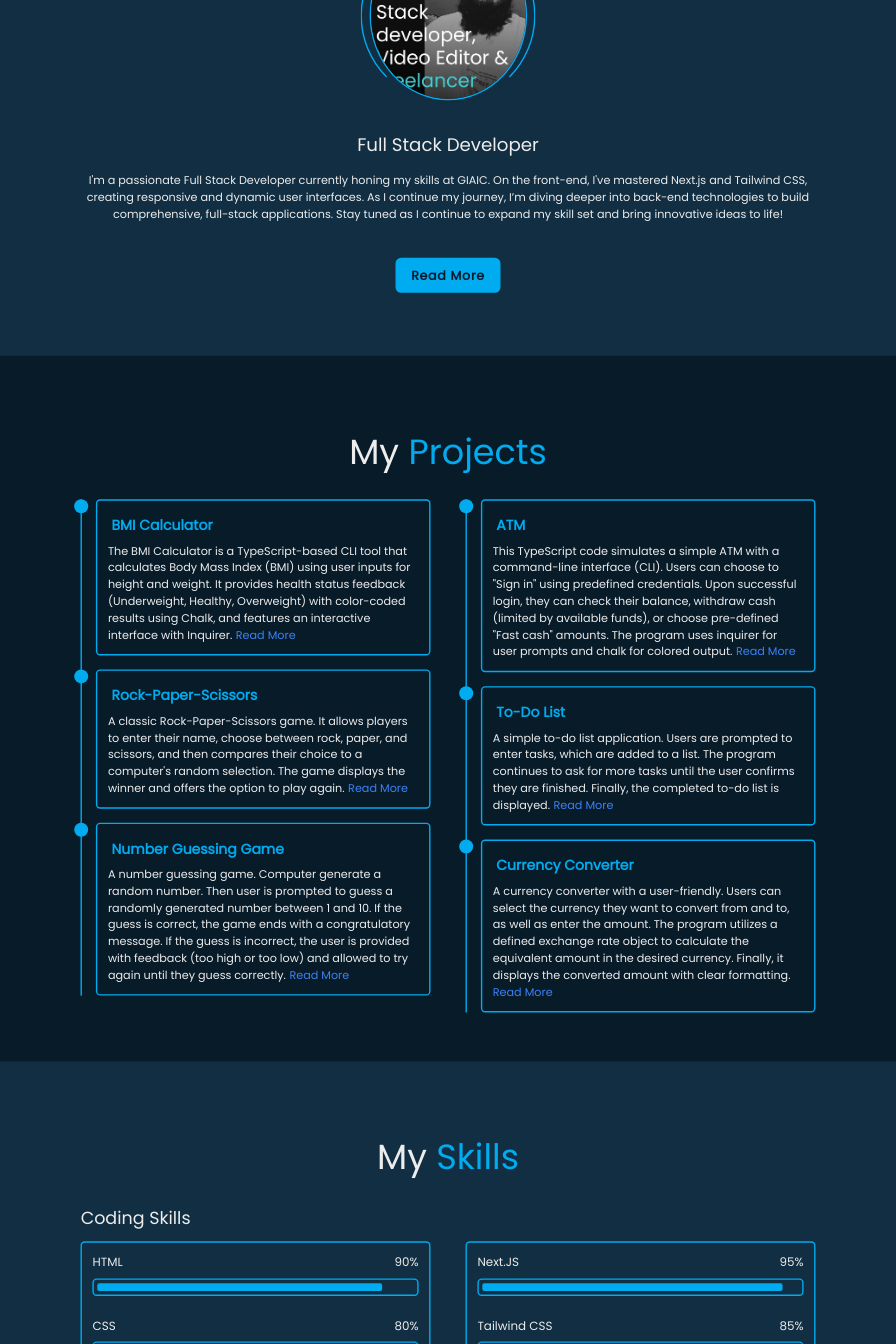
Repository: asadullah48/nextjs_projects_portfolio
Page: /
An editor plug-in stored every save of this project. The page is shown before and after a run of saves, followed by the edit.
The browser window is 1280 px wide. The pictures show the part of the page from y = 1126 to 3046 px (the page is 4234 px tall before and 4258 px after), at 70% of full size.
The project was rebuilt for these pictures with package versions that can differ from the ones it lists, and the page was loaded fresh each time. The framework's server and built-in components were replaced by stand-ins that run in the browser. Also part of the build but not shown: next.config.ts.

Above is the page before, as saved 2024-11-13 13:51:39.

After the next 2 saves:
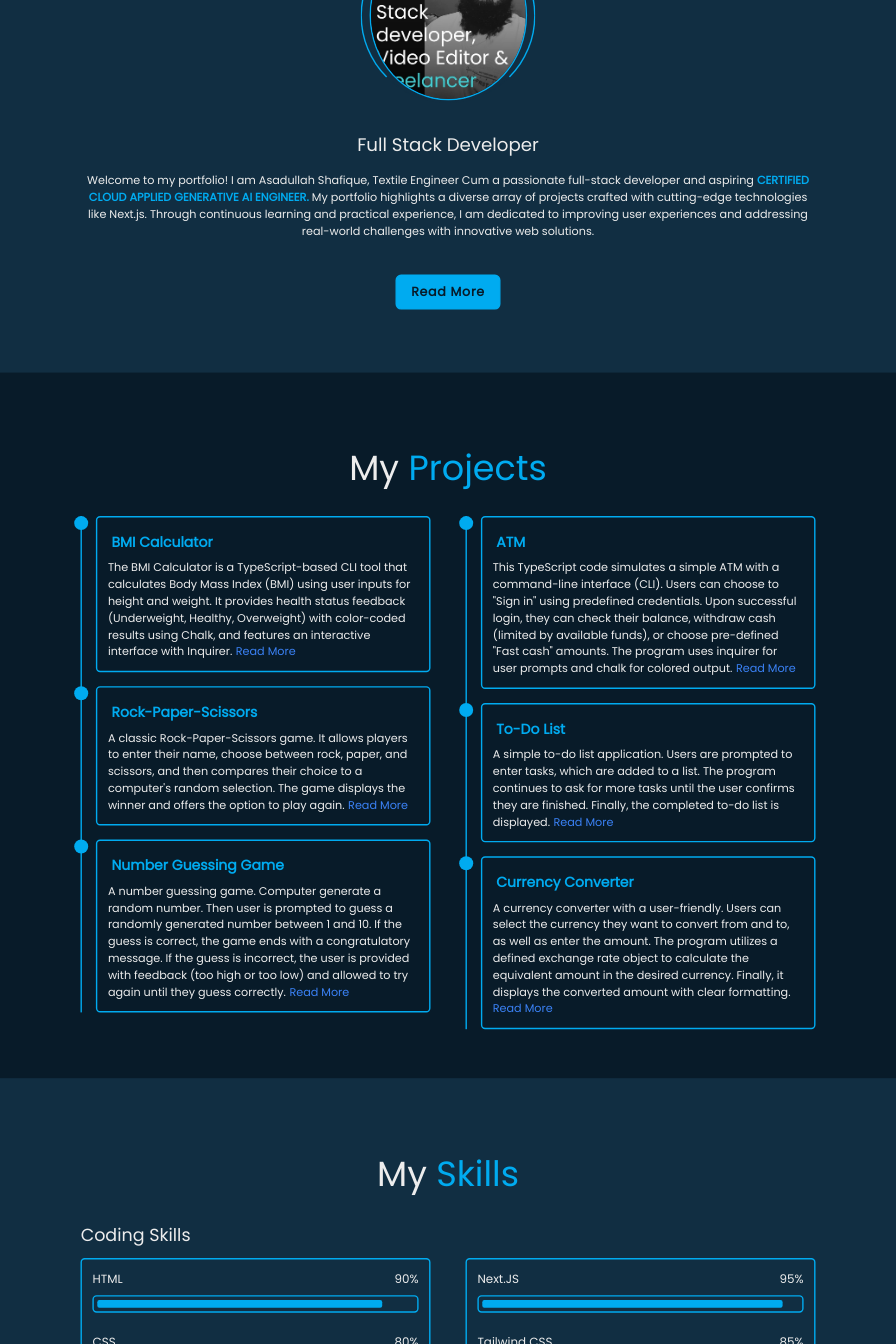
The 2 saves are shown as one change because they came seconds apart.
The last was saved 109 s later.
--- a/src/app/page.tsx
+++ b/src/app/page.tsx
@@ -208,12 +208,11 @@ active:text-[var(--main-color)]"
         <div className="about-content">
           <h2>Full Stack Developer</h2>
           <p className="about-para">
-            I'm a passionate Full Stack Developer currently honing my skills at
-            GIAIC. On the front-end, I've mastered Next.js and Tailwind CSS,
-            creating responsive and dynamic user interfaces. As I continue my
-            journey, I’m diving deeper into back-end technologies to build
-            comprehensive, full-stack applications. Stay tuned as I continue to
-            expand my skill set and bring innovative ideas to life!
+          Welcome to my portfolio! I am Asadullah Shafique, Textile Engineer Cum a passionate full-stack developer
+          and aspiring <span className="font-bold">CERTIFIED CLOUD APPLIED GENERATIVE AI ENGINEER.</span> My portfolio highlights a diverse array of projects crafted with cutting-edge technologies
+          like Next.js. Through continuous learning and practical experience,
+          I am dedicated to improving user experiences and addressing real-world challenges with innovative web solutions.
+
           </p>
 
           <div className="btn-box btns">
